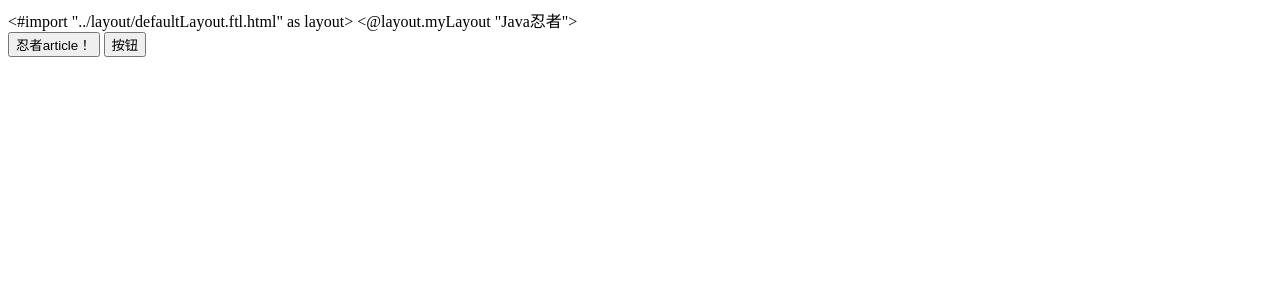
Repository: JavaProgrammerLB/JavaNinja
Page: firstNinjaProject/src/main/java/views/ApplicationControl/article.ftl.html
An editor plug-in stored every save of this project. The page is shown before and after the next save, followed by the edit.
The browser window is 1280 px wide. The pictures show the whole page.

Above is the page before, as saved 2015-06-09 09:28:47.
Not found: firstNinjaProject/src/main/java/views/ApplicationControl/scripts/article.js

After the next save:
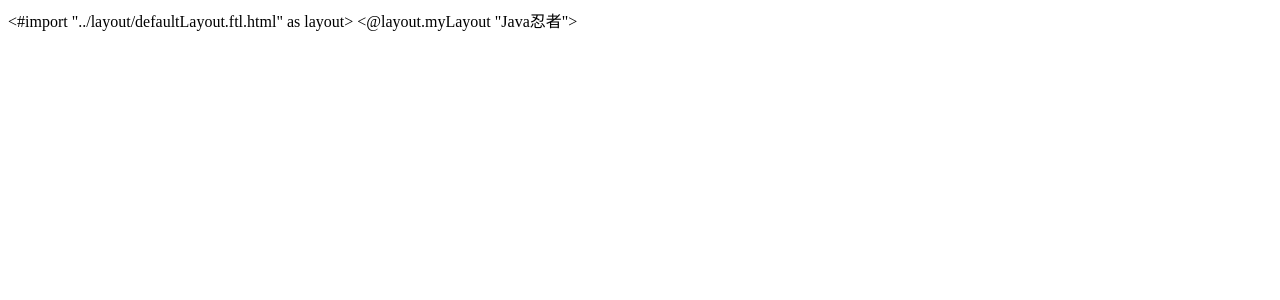
Saved 58 s later.
--- a/firstNinjaProject/src/main/java/views/ApplicationControl/article.ftl.html
+++ b/firstNinjaProject/src/main/java/views/ApplicationControl/article.ftl.html
@@ -1,9 +1,3 @@
 <#import "../layout/defaultLayout.ftl.html" as layout>
 <@layout.myLayout "Java忍者">
-	<div>
-		<button onclick="click1()">忍者article！</button>
-		<button id="b1" onclick="buttonClick()">按钮</button>
-	</div>
-	<script type="text/javascript" src="scripts/article.js">
-</script>
 </@layout.myLayout>
